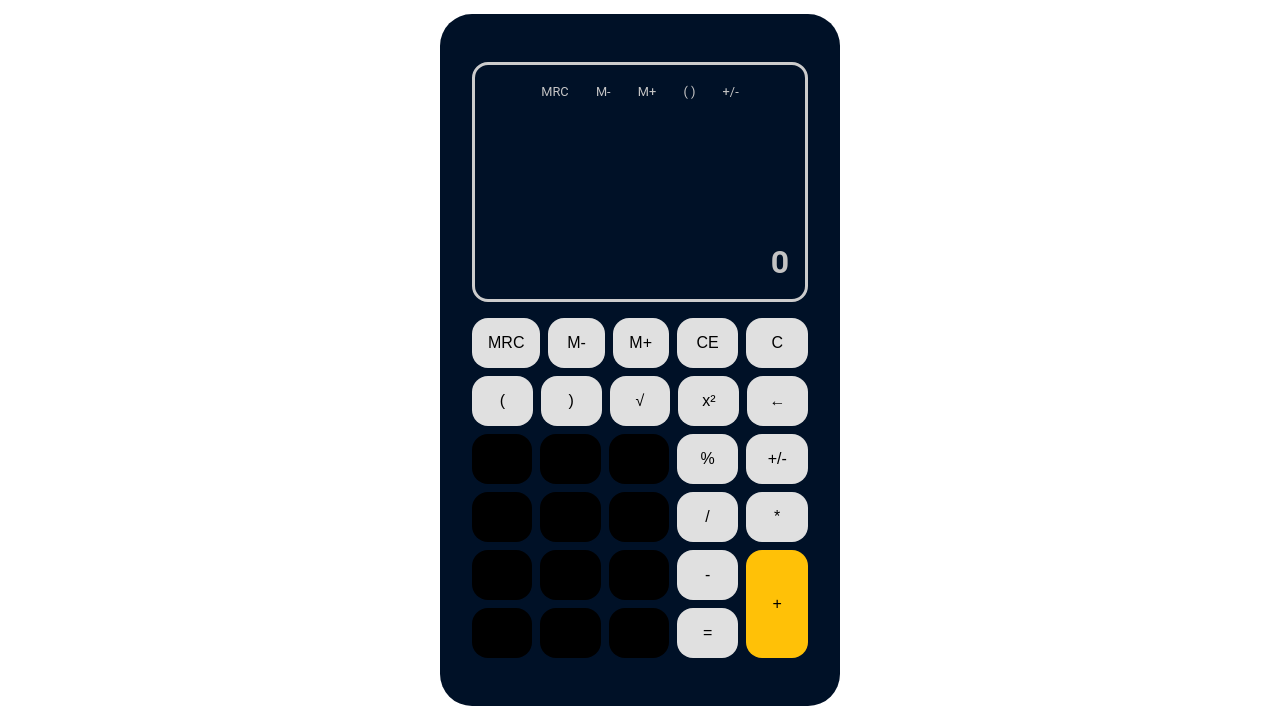
Repository: Denis793/CalculatorNew
Page: index.html
The author's editor kept a copy of each file at every save. The page is drawn from the files as they stood at one save, then again after the next save.
The browser window is 1280 px wide. The pictures show the whole page.
The style sheet was rebuilt from its Sass, Less or Tailwind sources for each picture, by a compiler version that may differ from the author's.

Above is the page before, as saved 2025-05-17 19:22:50.

After the next save:
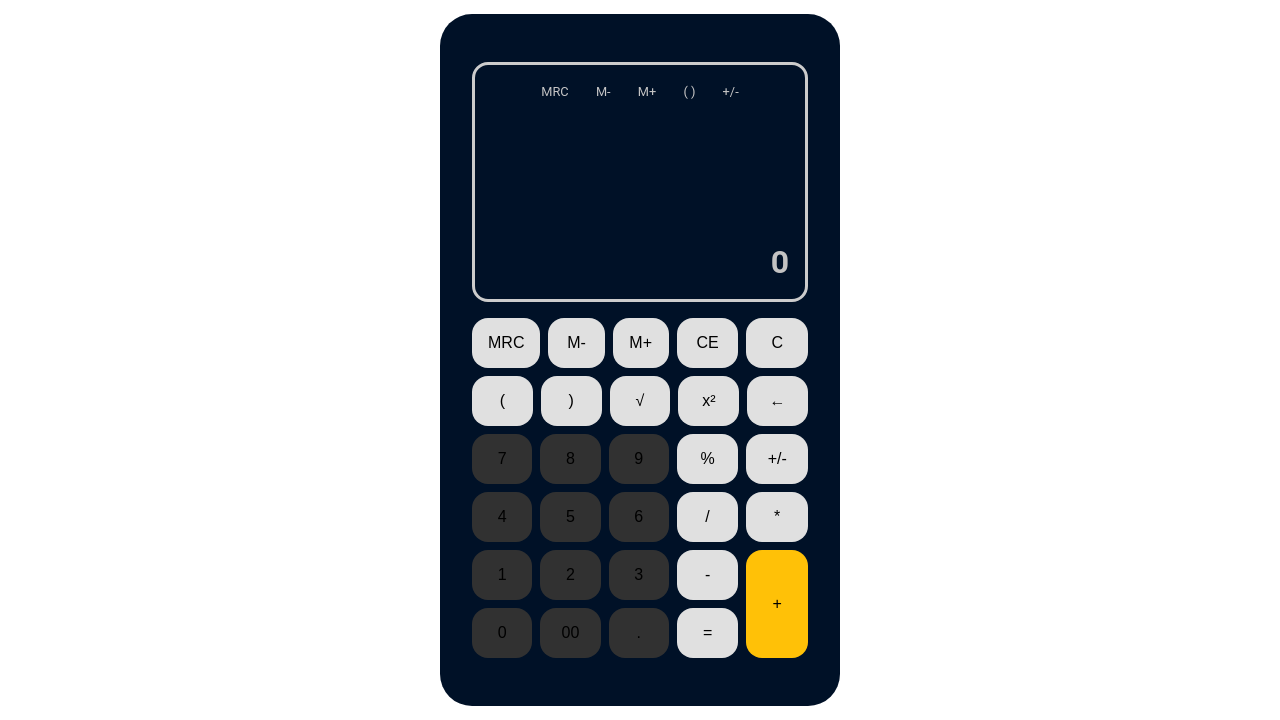
Saved 14 s later.
--- a/app/style/scss/main.scss
+++ b/app/style/scss/main.scss
@@ -105,7 +105,7 @@
 }
 
 .numbersBtn button {
-  background: #000;
+  background: #313131;
 }
 
 .operationsBtn {
